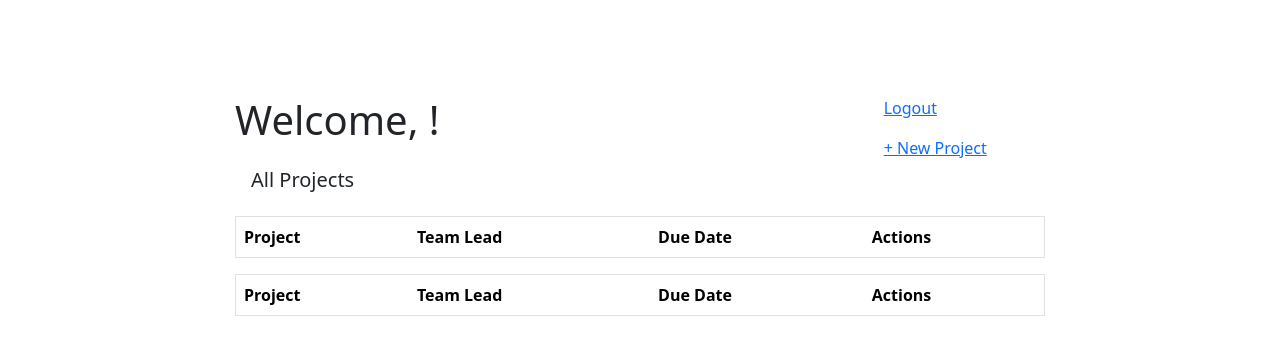
Repository: ShathaMorales/Java-Stack
Page: http://localhost/LoginRegistration/WEB-INF/dashboard.jsp
These files come from the project's save history. The page is drawn as it stood at one moment and after the next save; the edit follows.
The browser window is 1280 px wide. The pictures show the whole page.
The page is served by Tomcat 10. Nobody is signed in. The template is opened directly, without the code that normally fills it, so the values that code supplies are empty.

Above is the page before, as saved 2023-05-15 01:21:03.

After the next save:
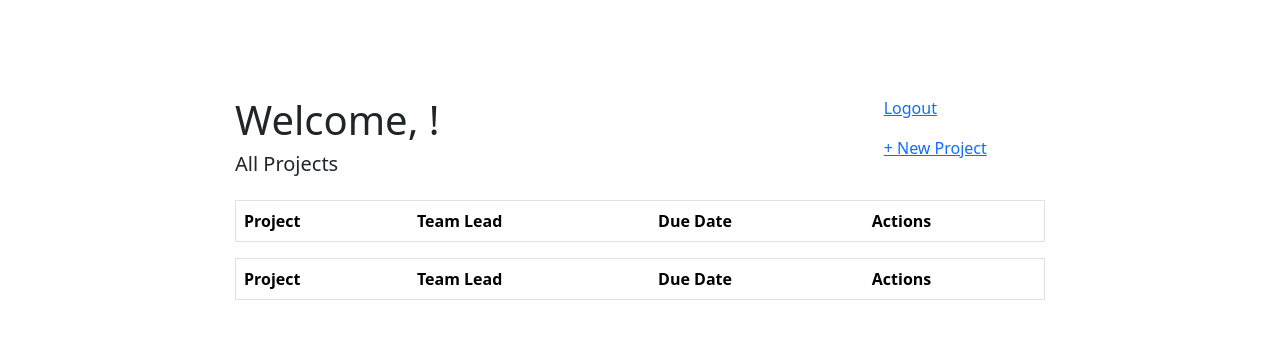
Saved 7 s later.
--- a/_java/FullSpring/ProjectManager/LoginRegistration/src/main/webapp/WEB-INF/dashboard.jsp
+++ b/_java/FullSpring/ProjectManager/LoginRegistration/src/main/webapp/WEB-INF/dashboard.jsp
@@ -16,7 +16,7 @@
         <div class = "row justify-content-center">
             <div class = "col-7 ">
                 <h1>Welcome, <c:out value="${userName}"></c:out>!</h1>
-                <h5 class="p-3">All Projects</h5>
+                <h5 class="pb-3">All Projects</h5>
             </div>
             <div class = "col-2 ">
                 <p><a href="/logout">Logout</a></p>
